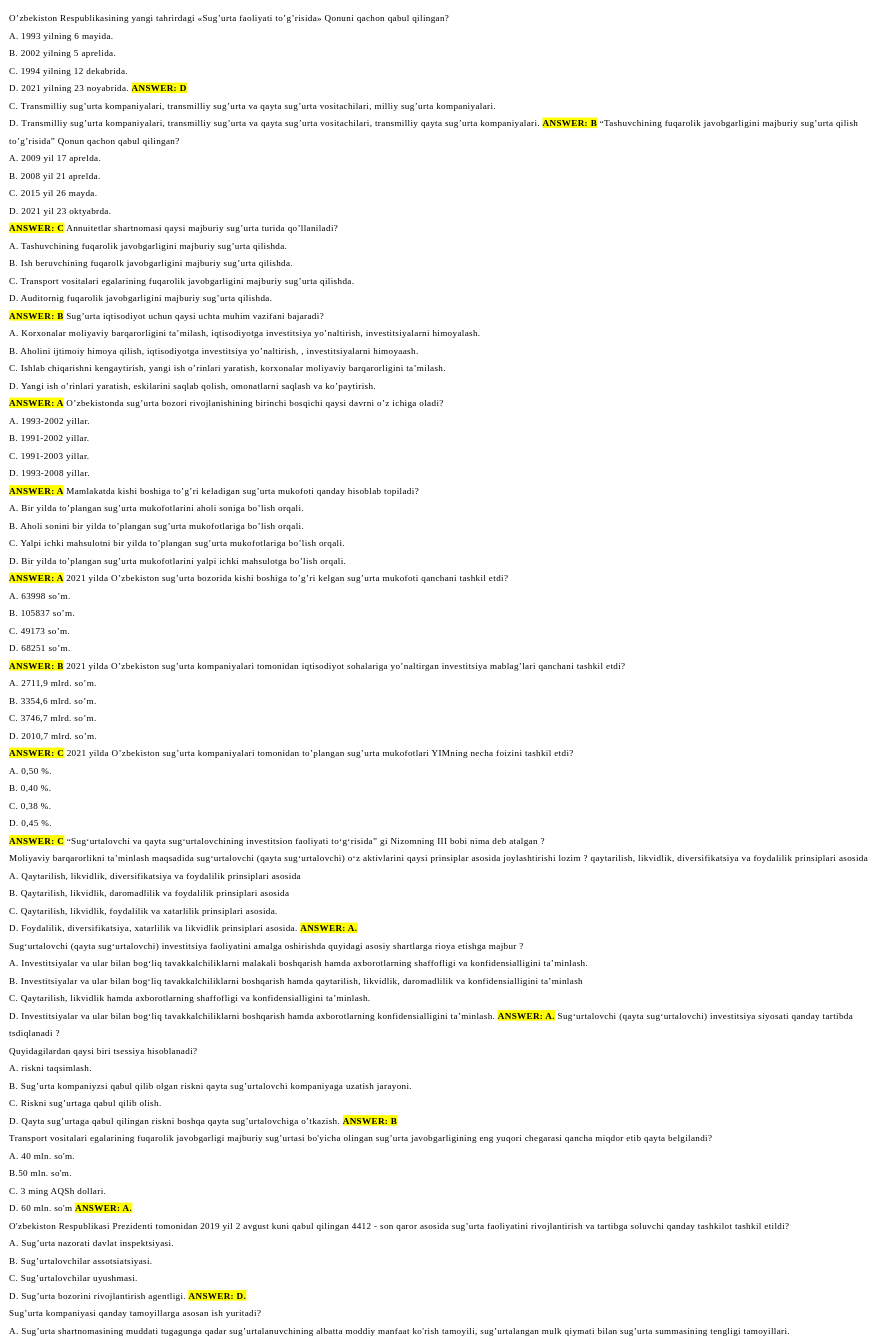
Repository: Ikromkhurozov/tsue-exam-answers
Page: index.html
The author's editor kept a copy of each file at every save. The page is drawn from the files as they stood at one save, then again after a run of saves.
The browser window is 1280 px wide. The pictures show the part of the page from y = 0 to 1920 px (the page is 7276 px tall before and 7201 px after), at 70% of full size.

Above is the page before, as saved 2024-01-22 19:27:03.

After the next 2 saves:
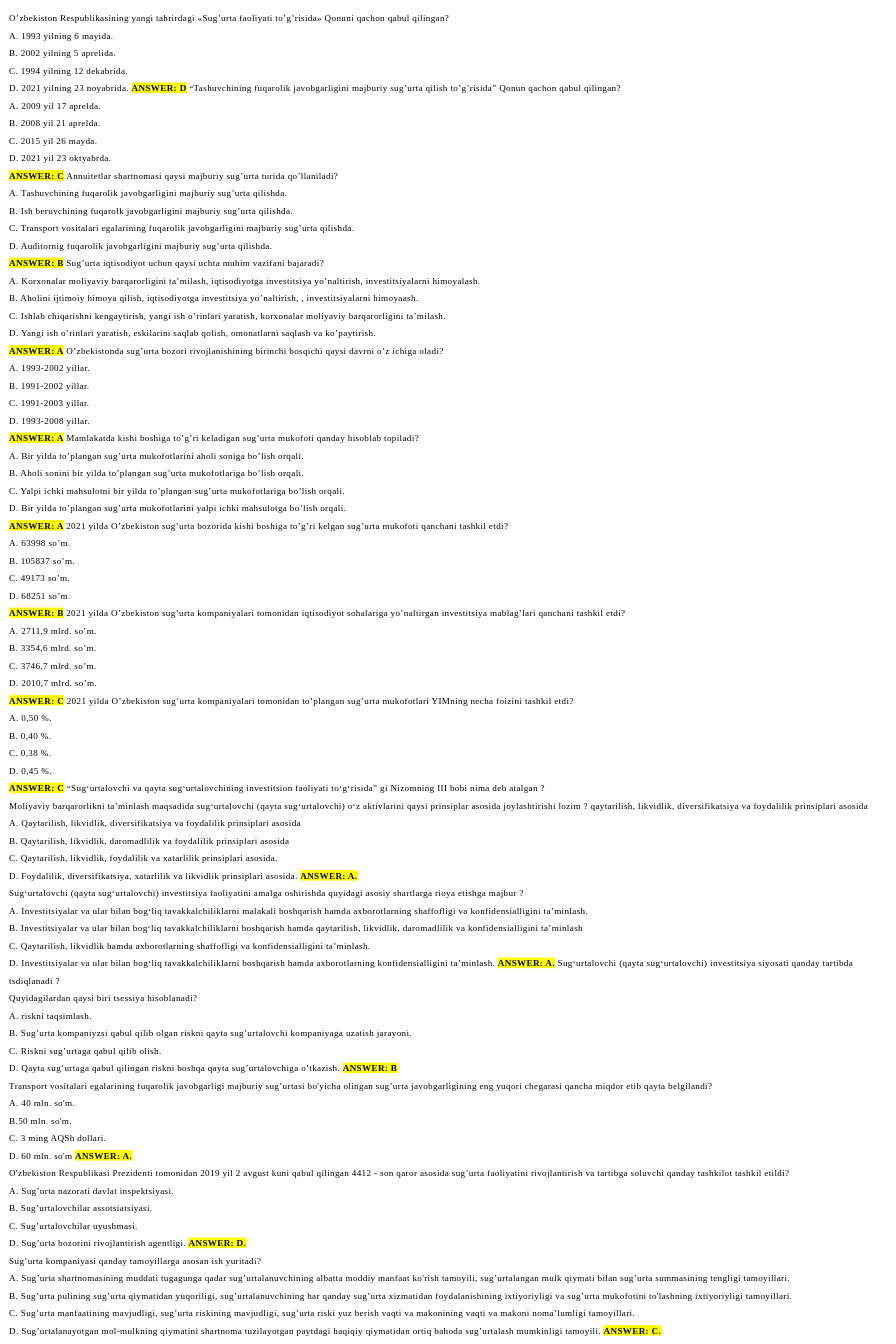
The 2 saves are shown as one change because they came seconds apart.
The last was saved 43 s later.
--- a/index.html
+++ b/index.html
@@ -31,9 +31,6 @@ O’zbekiston Respublikasining yangi tahrirdagi «Sug’urta faoliyati to’g’
  <br> C. 1994 yilning 12 dekabrida.
  <br> D. 2021 yilning 23 noyabrida.
  <mark>ANSWER: D</mark>
- <br> C. Тransmilliy sug’urta kompaniyalari, transmilliy sug’urta va qayta sug’urta vositachilari, milliy sug’urta kompaniyalari.
- <br> D. Тransmilliy sug’urta kompaniyalari, transmilliy sug’urta va qayta sug’urta vositachilari, transmilliy qayta sug’urta kompaniyalari.
-<mark>ANSWER: B</mark>
 
 “Tashuvchining fuqarolik javobgarligini majburiy sug’urta qilish to’g’risida”
 Qonun qachon qabul qilingan?
